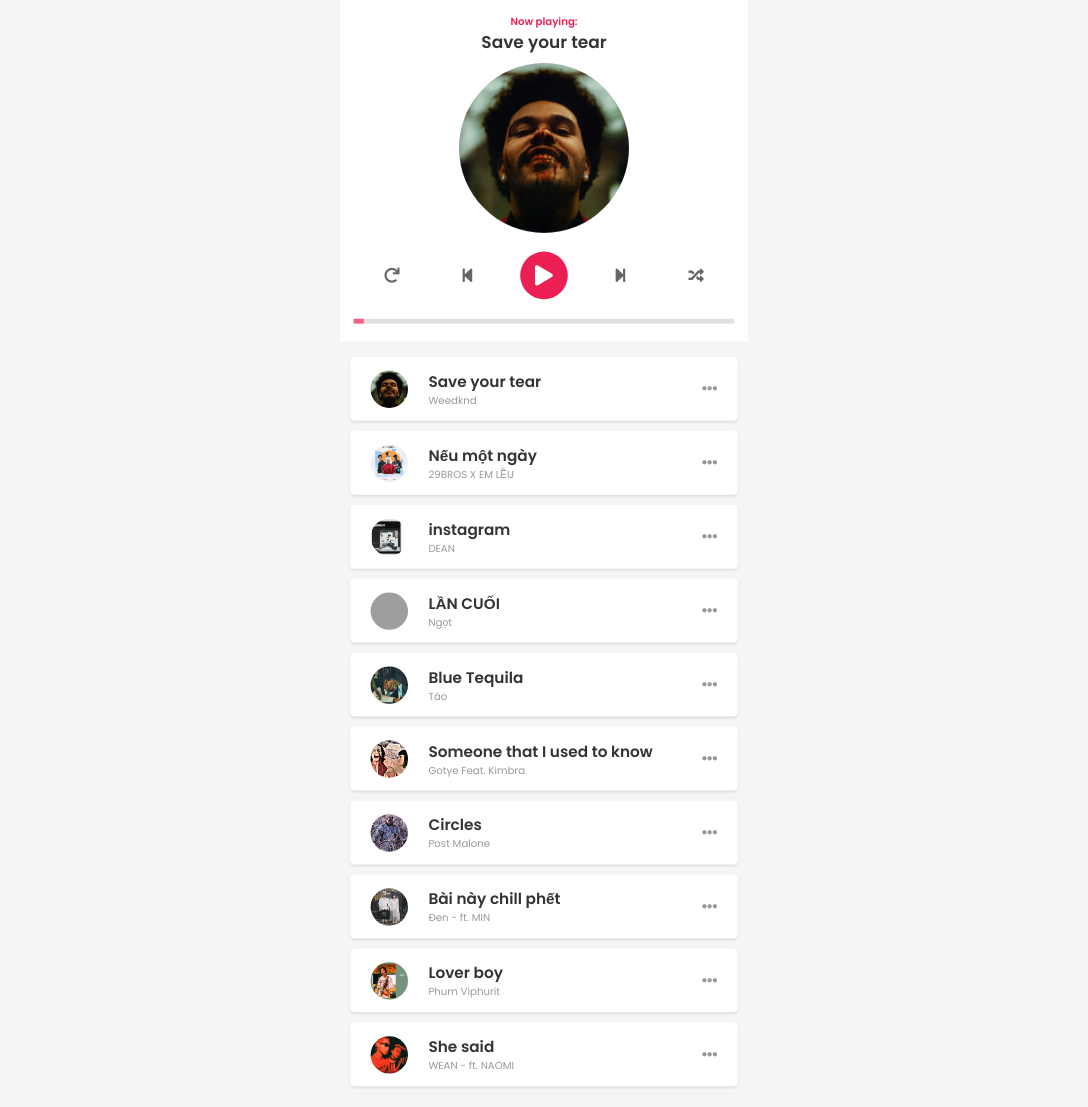
Repository: AnhTuan191298/sent-file-hoang
Page: music_player_f8/index.html
An editor plug-in stored every save of this project. The page is shown before and after the next save, followed by the edit.
The browser window is 1280 px wide. The pictures show the whole page, at 85% of full size.
Pictures or frames that could not be fetched are drawn as grey boxes.

Above is the page before, as saved 2021-02-18 15:37:10.

After the next save:
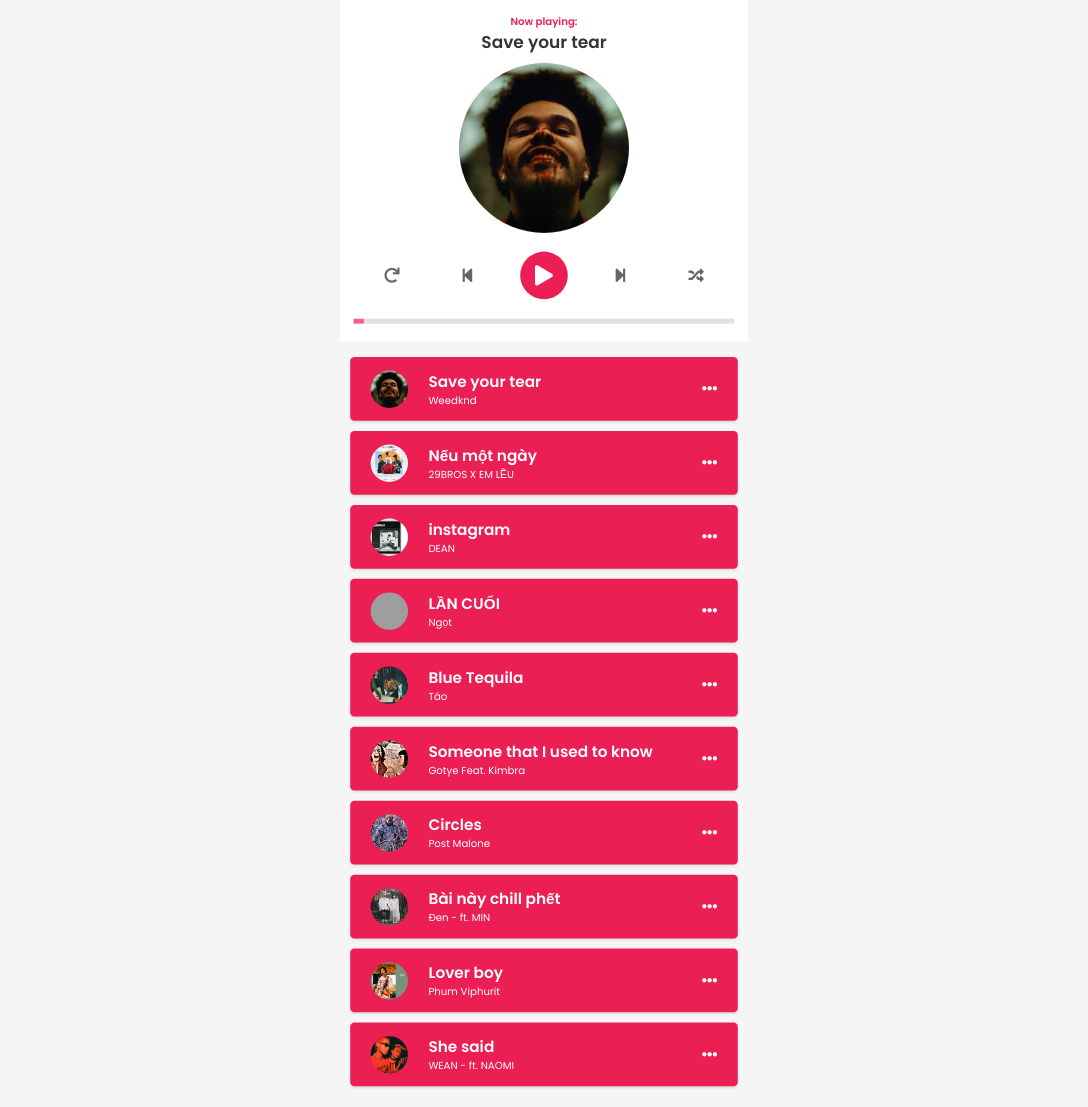
Saved 6 min 30 s later.
--- a/music_player_f8/assets/js/main.js
+++ b/music_player_f8/assets/js/main.js
@@ -97,7 +97,7 @@
     render: function() {
         const htmls = this.songs.map(function(song, index) {
             return `
-            <div class="song ${index === this.currentIndex ? 'active' : ''}">
+            <div class="song active">
                 <div class="thumb" style="background-image: url('${song.img}')">
                 </div>
                 <div class="body">

After the save that followed:
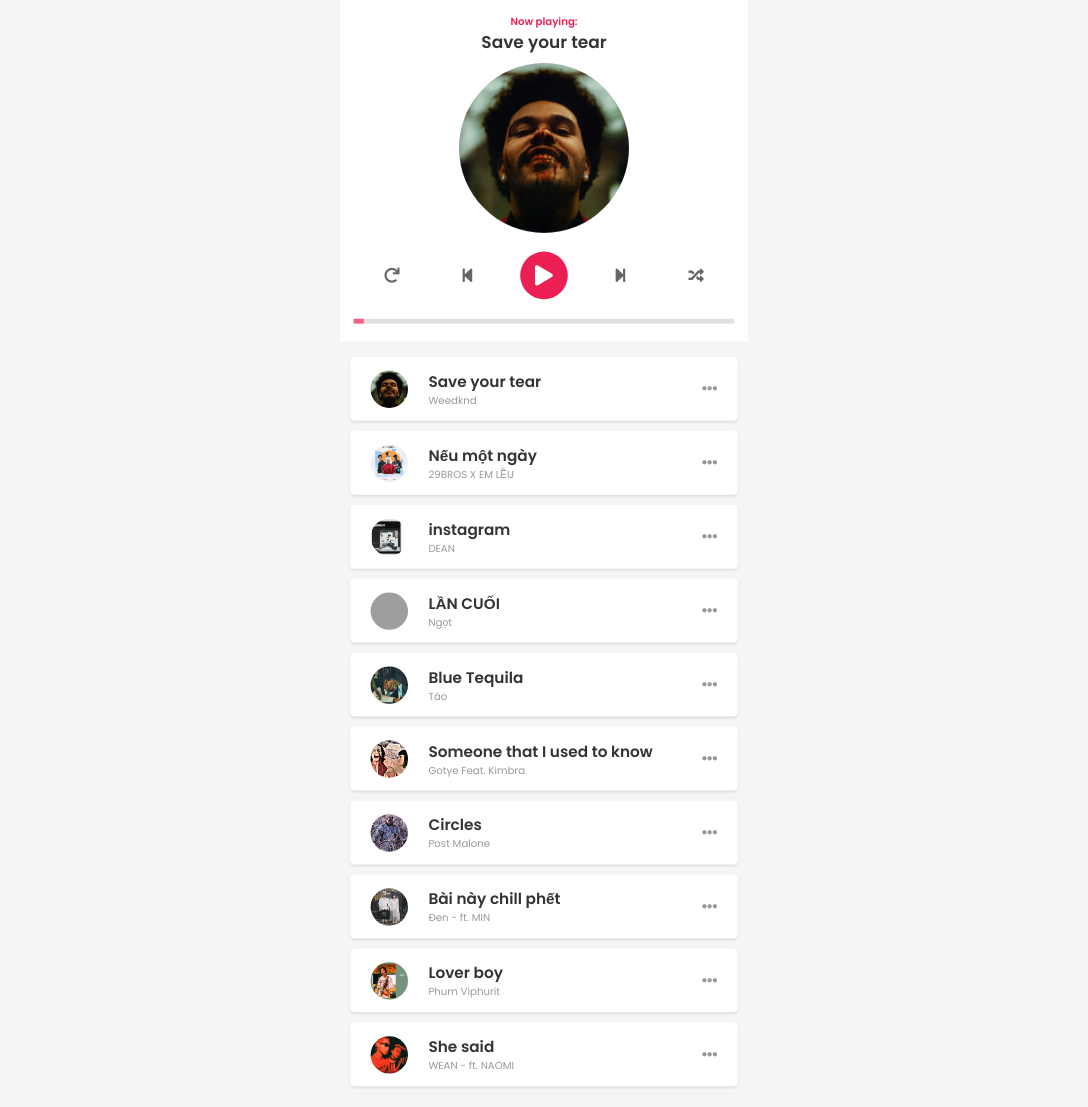
Saved 21 s later.
--- a/music_player_f8/assets/js/main.js
+++ b/music_player_f8/assets/js/main.js
@@ -97,7 +97,7 @@
     render: function() {
         const htmls = this.songs.map(function(song, index) {
             return `
-            <div class="song active">
+            <div class="song ${index === this.currentIndex ? 'active' : ''}">
                 <div class="thumb" style="background-image: url('${song.img}')">
                 </div>
                 <div class="body">
